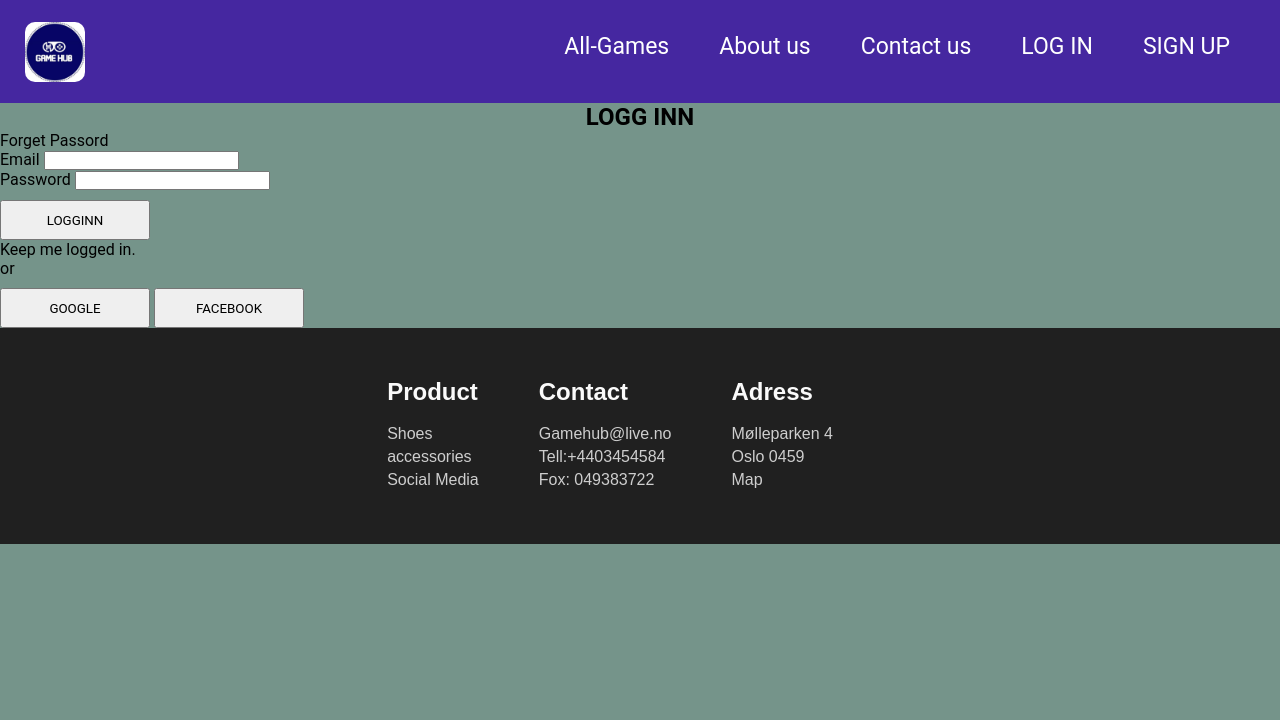
Repository: Fariaddd/HTML-CSS-reset
Page: login.html
These files come from the project's save history. The page is drawn as it stood at one moment and after the next save; the edit follows.
The browser window is 1280 px wide. The pictures show the whole page.
Some web fonts or font styles are not loaded; a fallback is used.

Above is the page before, as saved 2022-04-30 15:56:53.

### login.html
<!DOCTYPE html>
<html lang="en">
<head>
    <meta charset="UTF-8">
    <meta http-equiv="X-UA-Compatible" content="IE=edge">
    <meta name="viewport" content="width=device-width, initial-scale=1.0">
    <title>LOGIN</title>
    <link rel="stylesheet" href="./style/index.css">
</head>
<body>
    <header class="header">
        <div class="logo">
          <a href="./index.html">
            <img src="./img/Gamehub.png" alt="Gamehub-logo"
          /></a>
        </div>
        <div class="navigation">
            <input type="chechbox"
            class="toggle-menu">
            <div class="hamburger"></div>

          <ul class="menu">
            <li><a href="./all-games.html">All-Games</a></li>
            <li><a href="./about.html">About us</a></li>
            <li><a href="./concats.html">Contact us</a></li>
          </ul>
          <ul class="menu ">
              <li>
                <a href="./login.html" >LOG IN</a>
              </li>
              <li>
                <a href="./sign.html" >SIGN UP</a>
              </li>
        </div>
      </header>
      <main>
        <section class="section-container">
            <div>

                <div class="text-container">
                    <h1>LOGG INN</h1>
                    <p>Forget Passord</p>
                </div>

                <div id="error"> </div>
                <form id="form" action="/login.html" method="get">

                    <div class="container-input">
                        <label for="name">Email</label>
                        <input class="input-box" id="email" type="email" required >
                    </div>

                    <div class="container-input">
                        <label for="name">Password</label>
                        <input class="input-box" id="password" type="password" required >
                    </div>
                    <button id="logginn-btn" type="logginn" >LOGGINN</button>

                </form>

                <div>
                    <p>Keep me logged in.</p>
                    <p>or</p>
                </div>

                <div class="or-container">
                    <button class="or-box">GOOGLE</button>
                    <button class="or-box">FACEBOOK</button>
                </div>

            </div>
        </section>
    </main>

      <footer>
        <div class="footer-container">
          <nav class="footer-navv">
            <ul>
              <h3>Product</h3>
              <br/>
              <li>Shoes</li>
              <li>accessories</li>
              <li>Social Media</li>
            </ul>
          </nav>
          <nav class="footer-navv">
            <ul>
              <h3>Contact</h3>
              <br>
              <li>Gamehub@live.no</li>
              <li>Tell:+4403454584</li>
              <li>Fox: 049383722</li>
            </ul>
          </nav>
          <nav class="footer-navv">
            <ul>
              <h3>Adress</h3>
              <br>
              <li>Mølleparken 4</li>
              <li>Oslo 0459 </li>
              <li>Map</li>
            </ul>
          </nav>
        </div>
    </footer>
</body>
</html>

### style/index.css
/*@import url("https://fonts.googleepis.com/css?family=roboto:300,400,500,600,700,800,900&display=swap");*/

* {
  font-family: "Roboto";
  margin: 0;
  padding: 0;
  box-sizing: border-box;
}

body {
  background-color: rgb(117, 148, 138);
}
.header {
  position: relative;
  width: 100%;
  display: flex;
  justify-content: space-between;
  align-items: center;
  background: #4527a0;
  padding: 0 25px;
  transition: 0.3s;
}

.logo a {
  display: block;
}

.logo a img {
  display: block;
  width: 60px;
  border-radius: 10px;
}

.navigation {
  display: flex;
  justify-content: space-between;
  align-items: center;
}
.menu {
  display: flex;
  justify-content: center;
  flex-direction: row;
  align-items: center;
  z-index: 1;
  transition: 0.5s;
}

.menu li {
  list-style-type: none;
}

.menu li a {
  color: #fff;
  text-decoration: none;
  display: block;
  padding: 30px 15px;
  font-size: 23px;
  line-height: 1;
  transition: 0.3s;
  padding: 35px 25px 45px 25px;
}

.menu li a:hover {
  box-shadow: 0 -5px 0 #fff inset, 500px 0 0 rgba(255, 255, 255, 0.03) inset;
}

.links {
  background-color: black;
  font-weight: bold;
  text-decoration: none;
  list-style-type: none;
}

.hamburger {
  position: relative;
  width: 30px;
  height: 4px;
  background: #fff;
  border-radius: 10px;
  cursor: pointer;
  z-index: 2;
  transition: 0.3s;
}

.hamburger:before,
.hamburger:after {
  content: "";
  position: absolute;
  height: 4px;
  right: 0;
  background: #fff;
  border-radius: 10px;
  transition: 0.3s;
}

.hamburger:before {
  top: -10px;
  width: 20px;
}
.hamburger:after {
  top: 10px;
  width: 20px;
}

.toggle-menu {
  position: absolute;
  width: 30px;
  height: 100%;
  z-index: 3;
  cursor: pointer;
  opacity: 0;
}

.hamburger,
.toggle-menu {
  display: none;
}

.navigation input:checked ~ .hamburger {
  background: transparent;
}

.navigation input:checked ~ .hamburger:before {
  top: 0;
  transform: rotate(-45deg);
  width: 30px;
}
.navigation input:checked ~ .hamburger:after {
  top: 0;
  transform: rotate(45deg);
  width: 30px;
}

.navigation input:checked ~ .menu {
  right: 0;
  box-shadow: -20px 0 40px rgba(0, 0, 0, 0.3);
}

/* main section */

.container {
  display: flex;
  justify-content: center;

  margin: 50px 100px;
}

.div-container {
  margin: 5px;
  width: 100%;
}

.img {
  width: 100%;
  height: 250px;
  object-fit: cover;
}

.text {
  margin-left: 10px;
}

button {
  margin-top: 10px;
  width: 150px;
  height: 40px;
}

h1 {
  text-align: center;
  text-decoration: none;
}
h2 {
  margin: 0;
}
p {
  margin: 0;
}
@media screen and (max-width: 768px) {
  .container {
    flex-direction: column;
    margin: 0px;
    text-align: center;
  }
}

/*footer*/

.footer-container {
  height: auto;
  background-color: rgb(32, 32, 32);
  display: flex;
  justify-content: center;
}

.footer-navv {
  margin: 50px 60px 50px 0px;
}
h3 {
  font-family: "League Spartan", sans-serif;
  font-size: 24px;
  color: rgb(250, 250, 250);
}

.footer-navv li {
  color: rgb(206, 206, 206);
  text-decoration: none;
  list-style: none;
  font-family: "League Spartan", sans-serif;
  font-size: 16px;
  margin-bottom: 5px;
}

@media screen and (max-width: 768px) {
  .footer-nav:nth-child(1) {
    display: none;
  }
}
@media screen and (max-width: 460px) {
  .footer-container {
    flex-direction: column;
    align-items: center;
  }
}

@media screen and (max-width: 768px) {
  .hamburger,
  .toggle-menu {
    display: block;
  }

  .header {
    padding: 10px 20px;
  }
  .menu {
    justify-content: start;
    flex-direction: column;
    align-items: center;
    position: fixed;
    top: 0;
    right: -300px;
    background: #4527a0;
    width: 300px;
    height: 100%;
    padding-top: 65px;
  }
  .menu li {
    width: 100%;
  }
  .menu li a,
  .menu li a:hover {
    padding: 30px;
    font-size: 24px;
    box-shadow: 0 1px 0 rgba(255, 255, 255, 0.1);
  }
}

/*Buy-game page*/
.img {
  background-image: url(/img/game.png);
}

### style/login.css
@import url("https://fonts.googleapis.com/css2?family=Hubballi&display=swap");

.section-container {
  width: 100%;
  display: flex;
  justify-content: center;
  font-family: "Hubballi", cursive;
}

.text-container {
  margin-top: 20px;
}

.container-input {
  display: flex;
  flex-direction: column;
  margin-top: 25px;
}
.input-box {
  width: 100%;
  border: 1px solid black;
  height: 40px;
}

#logginn-btn {
  background-color: rgb(32, 32, 32);
  color: white;
  margin-top: 25px;
  width: 150px;
  height: 40px;
}

#logginn-btn:hover {
  background-color: rgb(233, 132, 0);
}
p {
  margin-top: 5px;
}

.or-container {
  display: flex;
  flex-direction: row;
}

.or-box {
  background-color: white;
  margin: 10px 10px 50px 0px;
  border: 1px solid black;
  width: 150px;
  height: 40px;
}

After the next save:
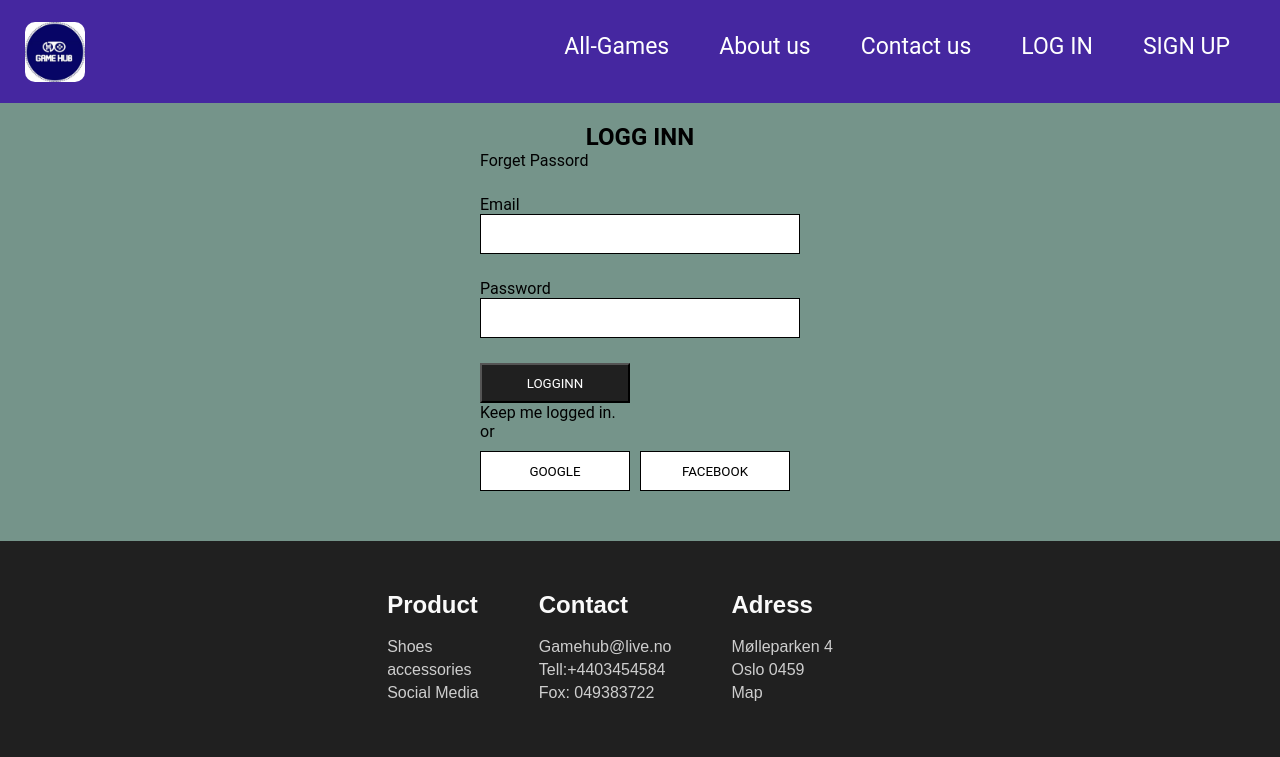
Saved 2 min 17 s later.
--- a/login.html
+++ b/login.html
@@ -5,6 +5,7 @@
     <meta http-equiv="X-UA-Compatible" content="IE=edge">
     <meta name="viewport" content="width=device-width, initial-scale=1.0">
     <title>LOGIN</title>
+    <link rel="stylesheet" href="style/login.css">
     <link rel="stylesheet" href="./style/index.css">
 </head>
 <body>
